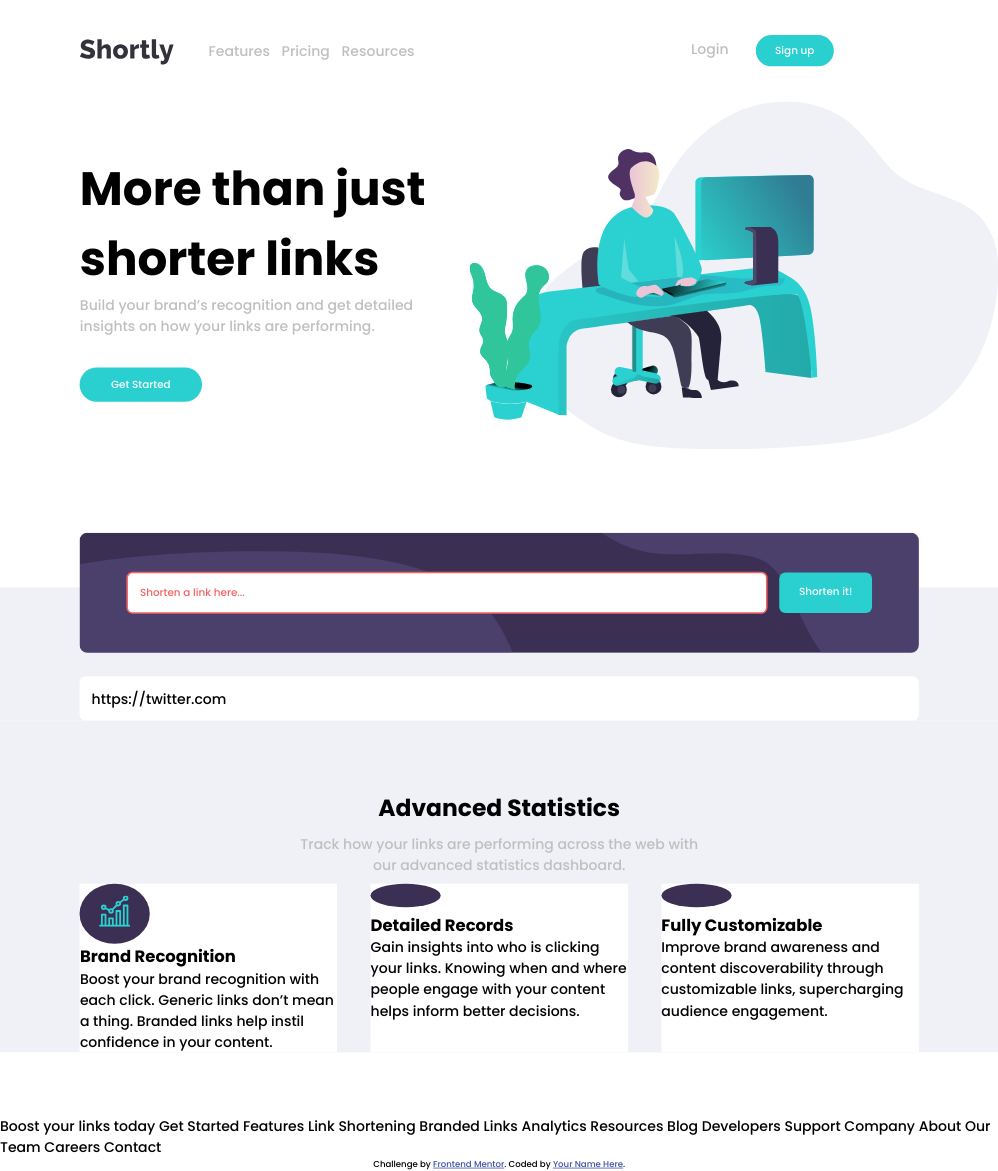
Repository: mamulini/URL-shortener
Page: index.html
These files come from the project's save history. The page is drawn as it stood at one moment and after the next save; the edit follows.
The browser window is 1280 px wide. The pictures show the whole page, at 78% of full size.
The style sheet was rebuilt from its Sass, Less or Tailwind sources for each picture, by a compiler version that may differ from the author's.

Above is the page before, as saved 2020-04-12 19:25:49.

After the next save:
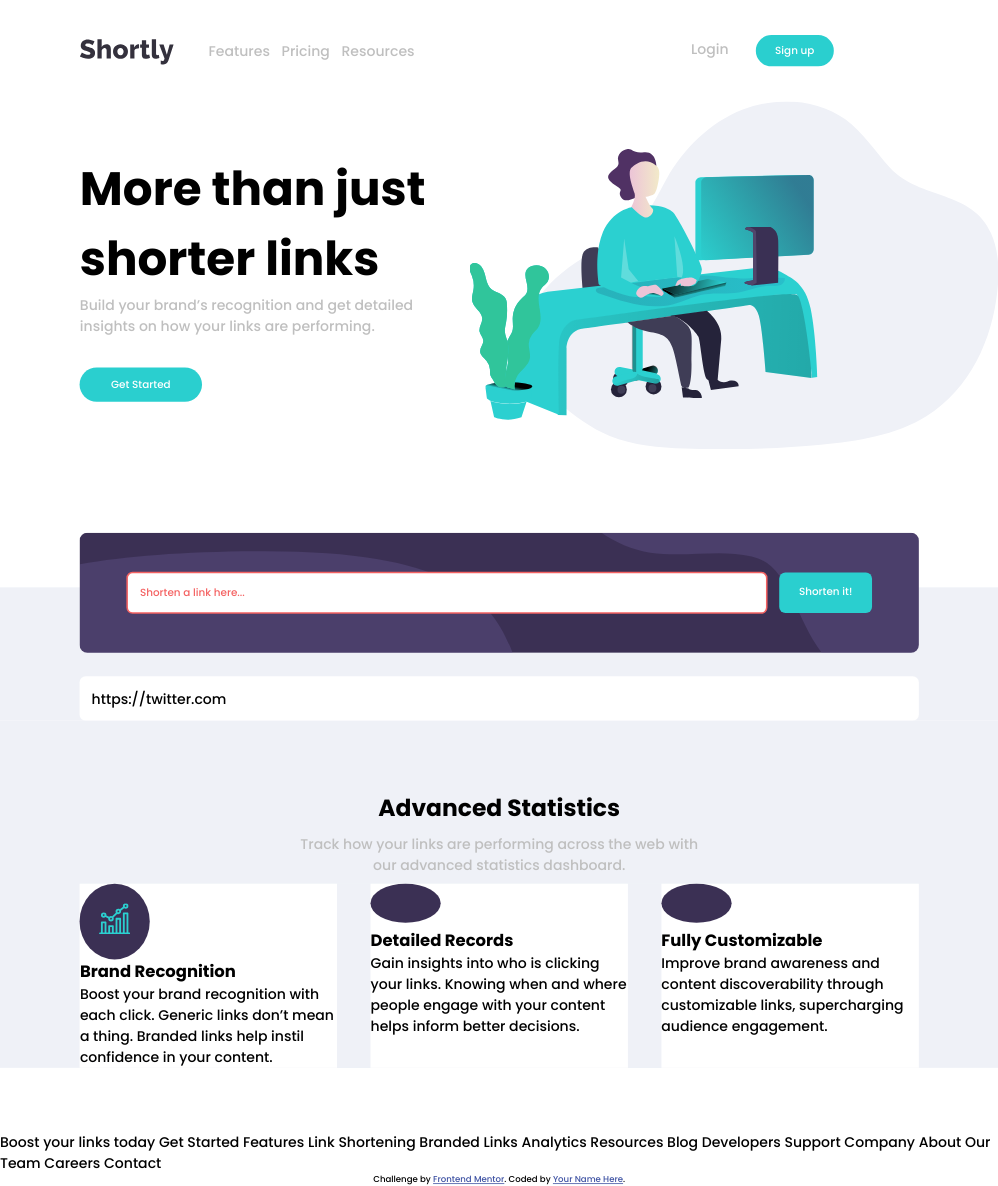
Saved 7 s later.
--- a/sass/main.scss
+++ b/sass/main.scss
@@ -205,7 +205,7 @@ img {
 
     &__icon{
         background: $dark_bg ;
-        padding: 15px;
+        padding: 25px;
         border-radius: 100%;
         display: inline-block;
         width: 90px;
